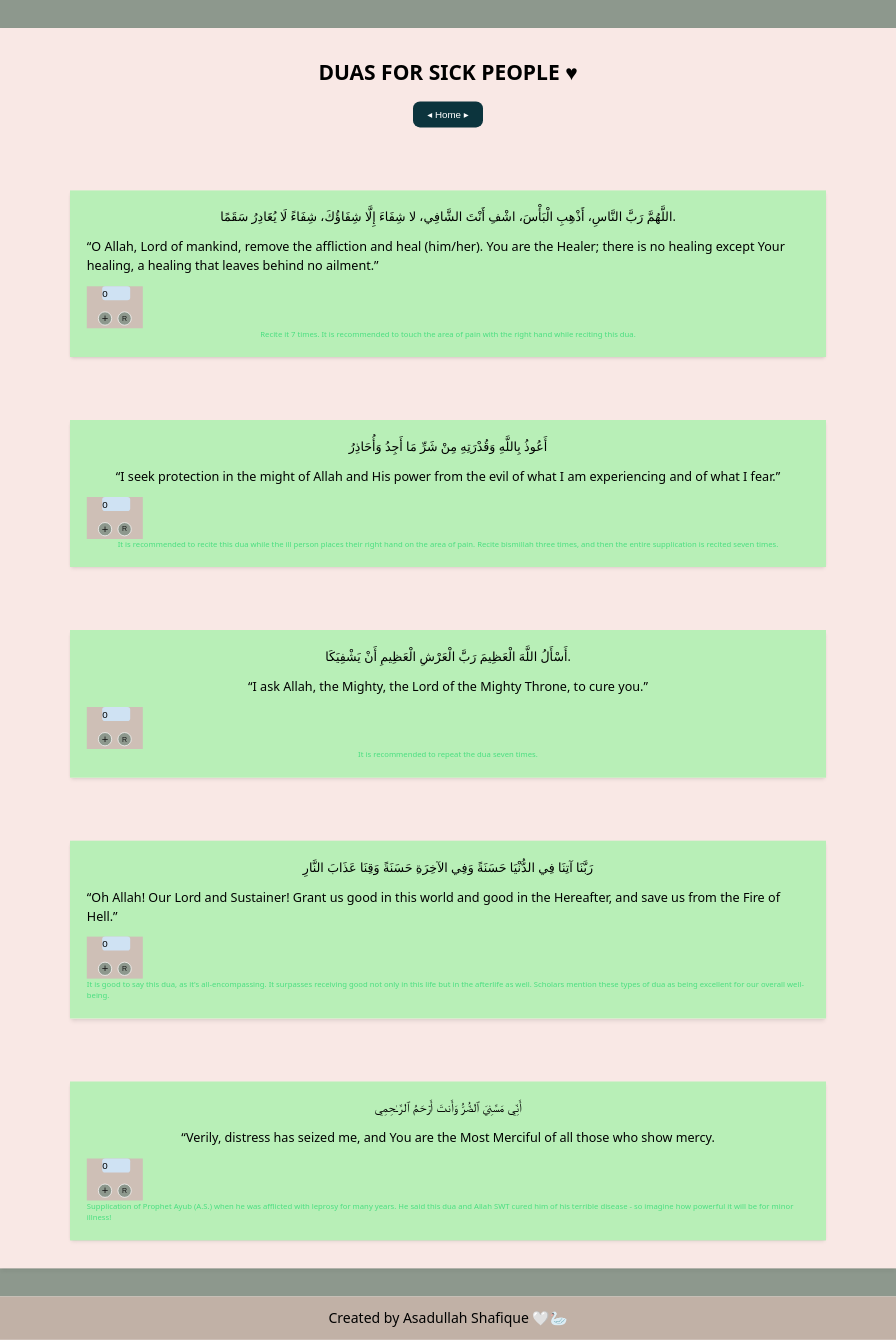
Repository: asadullah48/Duas_Diary
Page: /sick
The author's editor kept a copy of each file at every save. The page is drawn from the files as they stood at one save, then again after the next save.
The browser window is 1280 px wide. The pictures show the whole page, at 70% of full size.
The project was rebuilt for these pictures with package versions that can differ from the ones it lists, and the page was loaded fresh each time. The framework's server and built-in components were replaced by stand-ins that run in the browser. Also part of the build but not shown: next.config.ts.

Above is the page before, as saved 2024-11-30 10:09:32.

After the next save:
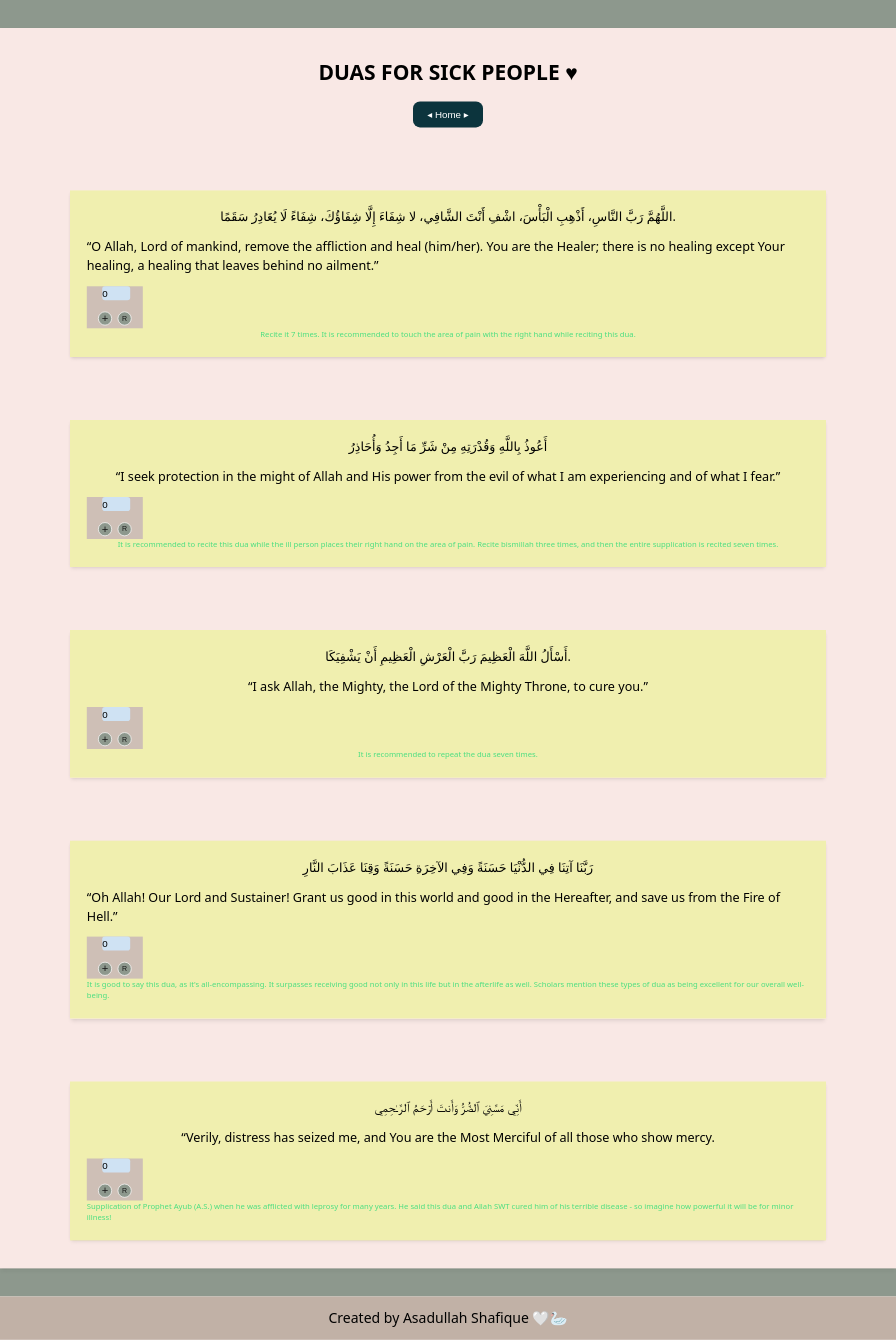
Saved 8 s later.
--- a/src/components/props.tsx
+++ b/src/components/props.tsx
@@ -14,7 +14,7 @@ export default function LightPinkSection({
   note,
 }: SectionProps) {
   return (
-    <div className="w-[90%] bg-[#88f59691] p-6 rounded-lg mx-auto shadow-md mt-[90px]">
+    <div className="w-[90%] bg-[#eaf58891] p-6 rounded-lg mx-auto shadow-md mt-[90px]">
       <p className="text-black text-[18px] font-sans mb-4 flex justify-center">
         {paragraph}
       </p>
